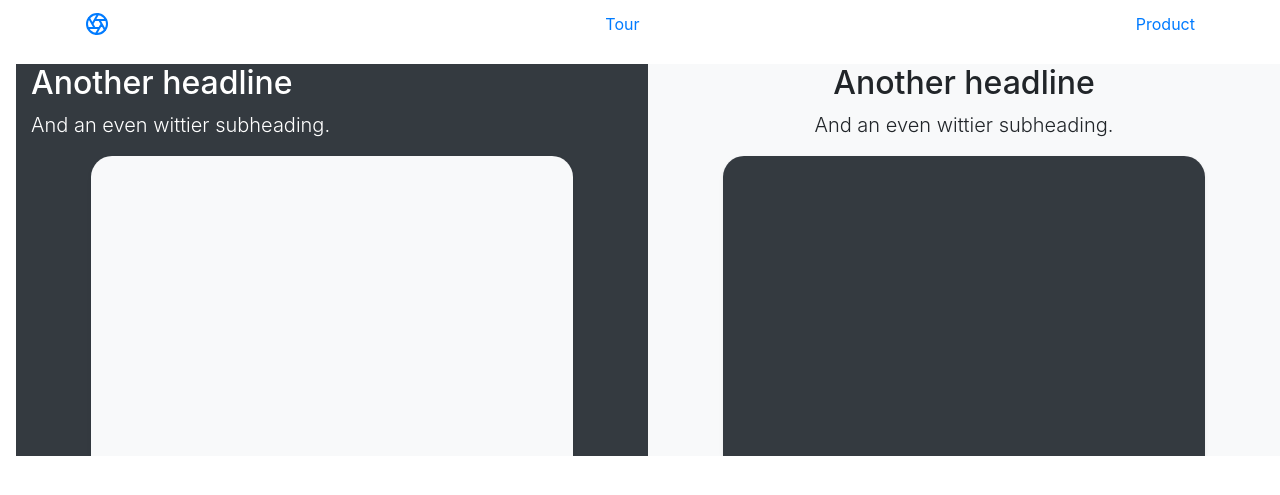
Repository: mapp1990/pasarela
Page: http://localhost/producto
The author's editor kept a copy of each file at every save. The page is drawn from the files as they stood at one save, then again after the next save.
The browser window is 1280 px wide. The pictures show the whole page.
The page is served by the project's Laravel application, run on PHP 8.4 with Laravel 9. Other server files are loaded and not shown.

Above is the page before, as saved 2022-05-27 17:34:30.

### routes/web.php
<?php

use Illuminate\Support\Facades\Route;
use App\Http\Controllers\ProductoController;
/*
|--------------------------------------------------------------------------
| Web Routes
|--------------------------------------------------------------------------
|
| Here is where you can register web routes for your application. These
| routes are loaded by the RouteServiceProvider within a group which
| contains the "web" middleware group. Now create something great!
|
*/

Route::get('/', function () {
    return view('welcome');
});

Route::get('/producto', [ProductoController::class, 'index']);

### app/Http/Controllers/ProductoController.php
<?php

namespace App\Http\Controllers;

use Illuminate\Http\Request;

class ProductoController extends Controller
{
    public function index(){ return view( 'productos' ); }
}

### resources/views/productos.blade.php
<!doctype html>
<link rel="stylesheet" href="https://cdn.jsdelivr.net/npm/bootstrap@4.6.1/dist/css/bootstrap.min.css" integrity="sha384-zCbKRCUGaJDkqS1kPbPd7TveP5iyJE0EjAuZQTgFLD2ylzuqKfdKlfG/eSrtxUkn" crossorigin="anonymous">
<html lang="es">
  <head>
    <meta charset="utf-8">
    <meta name="viewport" content="width=device-width, initial-scale=1">
    <title>Bootstrap demo</title>
  </head>
  <body class="body">
    <nav class="site-header sticky-top py-1">
        <div class="container d-flex flex-column flex-md-row justify-content-between">
            <a class="py-2" href="#" aria-label="Product">
            <svg xmlns="http://www.w3.org/2000/svg" width="24" height="24" fill="none" stroke="currentColor" stroke-linecap="round" stroke-linejoin="round" stroke-width="2" class="d-block mx-auto" role="img" viewBox="0 0 24 24" focusable="false"><title>Product</title><circle cx="12" cy="12" r="10"></circle><path d="M14.31 8l5.74 9.94M9.69 8h11.48M7.38 12l5.74-9.94M9.69 16L3.95 6.06M14.31 16H2.83m13.79-4l-5.74 9.94"></path></svg>
            </a>
            <a class="py-2 d-none d-md-inline-block" href="#">Tour</a>
            <a class="py-2 d-none d-md-inline-block" href="#">Product</a>
        </div>
    </nav>

    <div class="d-md-flex flex-md-equal w-100 my-md-3 pl-md-3">
        <div class="bg-dark col-6 text-white overflow-hidden">
            <div class="my-6 py-6">
            <h2 class="display-5">Another headline</h2>
            <p class="lead">And an even wittier subheading.</p>
            </div>
            <div class="bg-light shadow-sm mx-auto" style="width: 80%; height: 300px; border-radius: 21px 21px 0 0;"></div>
        </div>
        <div class="bg-light col-6 text-center overflow-hidden">
            <div class="my-6 p-6">
            <h2 class="display-5">Another headline</h2>
            <p class="lead">And an even wittier subheading.</p>
            </div>
            <div class="bg-dark shadow-sm mx-auto" style="width: 80%; height: 300px; border-radius: 21px 21px 0 0;"></div>
        </div>
    </div>

  </body>
</html>

Loaded but not shown: app/Providers/AppServiceProvider.php (common file); app/Http/Controllers/Controller.php (common file)

After the next save:
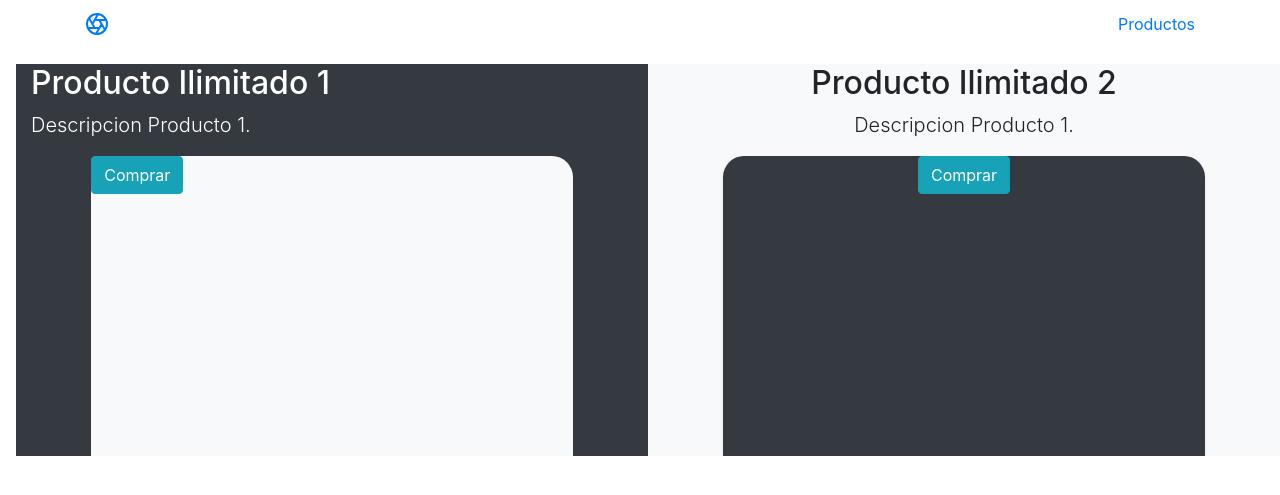
Saved 3 min 13 s later.
--- a/resources/views/productos.blade.php
+++ b/resources/views/productos.blade.php
@@ -12,26 +12,32 @@
             <a class="py-2" href="#" aria-label="Product">
             <svg xmlns="http://www.w3.org/2000/svg" width="24" height="24" fill="none" stroke="currentColor" stroke-linecap="round" stroke-linejoin="round" stroke-width="2" class="d-block mx-auto" role="img" viewBox="0 0 24 24" focusable="false"><title>Product</title><circle cx="12" cy="12" r="10"></circle><path d="M14.31 8l5.74 9.94M9.69 8h11.48M7.38 12l5.74-9.94M9.69 16L3.95 6.06M14.31 16H2.83m13.79-4l-5.74 9.94"></path></svg>
             </a>
-            <a class="py-2 d-none d-md-inline-block" href="#">Tour</a>
-            <a class="py-2 d-none d-md-inline-block" href="#">Product</a>
+            <a class="py-2 d-none d-md-inline-block" href="#">Productos</a>
         </div>
     </nav>
 
     <div class="d-md-flex flex-md-equal w-100 my-md-3 pl-md-3">
+
         <div class="bg-dark col-6 text-white overflow-hidden">
             <div class="my-6 py-6">
-            <h2 class="display-5">Another headline</h2>
-            <p class="lead">And an even wittier subheading.</p>
+                <h2 class="display-5">Producto Ilimitado 1</h2>
+                <p class="lead">Descripcion Producto 1.</p>
             </div>
-            <div class="bg-light shadow-sm mx-auto" style="width: 80%; height: 300px; border-radius: 21px 21px 0 0;"></div>
+            <div class="bg-light shadow-sm mx-auto" style="width: 80%; height: 300px; border-radius: 21px 21px 0 0;">
+                <button type="button" class="btn btn-info">Comprar</button>
+            </div>
         </div>
+
         <div class="bg-light col-6 text-center overflow-hidden">
             <div class="my-6 p-6">
-            <h2 class="display-5">Another headline</h2>
-            <p class="lead">And an even wittier subheading.</p>
+                <h2 class="display-5">Producto Ilimitado 2</h2>
+                <p class="lead">Descripcion Producto 1.</p>
             </div>
-            <div class="bg-dark shadow-sm mx-auto" style="width: 80%; height: 300px; border-radius: 21px 21px 0 0;"></div>
+            <div class="bg-dark shadow-sm mx-auto" style="width: 80%; height: 300px; border-radius: 21px 21px 0 0;">
+                <button type="button" class="btn btn-info">Comprar</button>
+            </div>
         </div>
+
     </div>
 
   </body>
